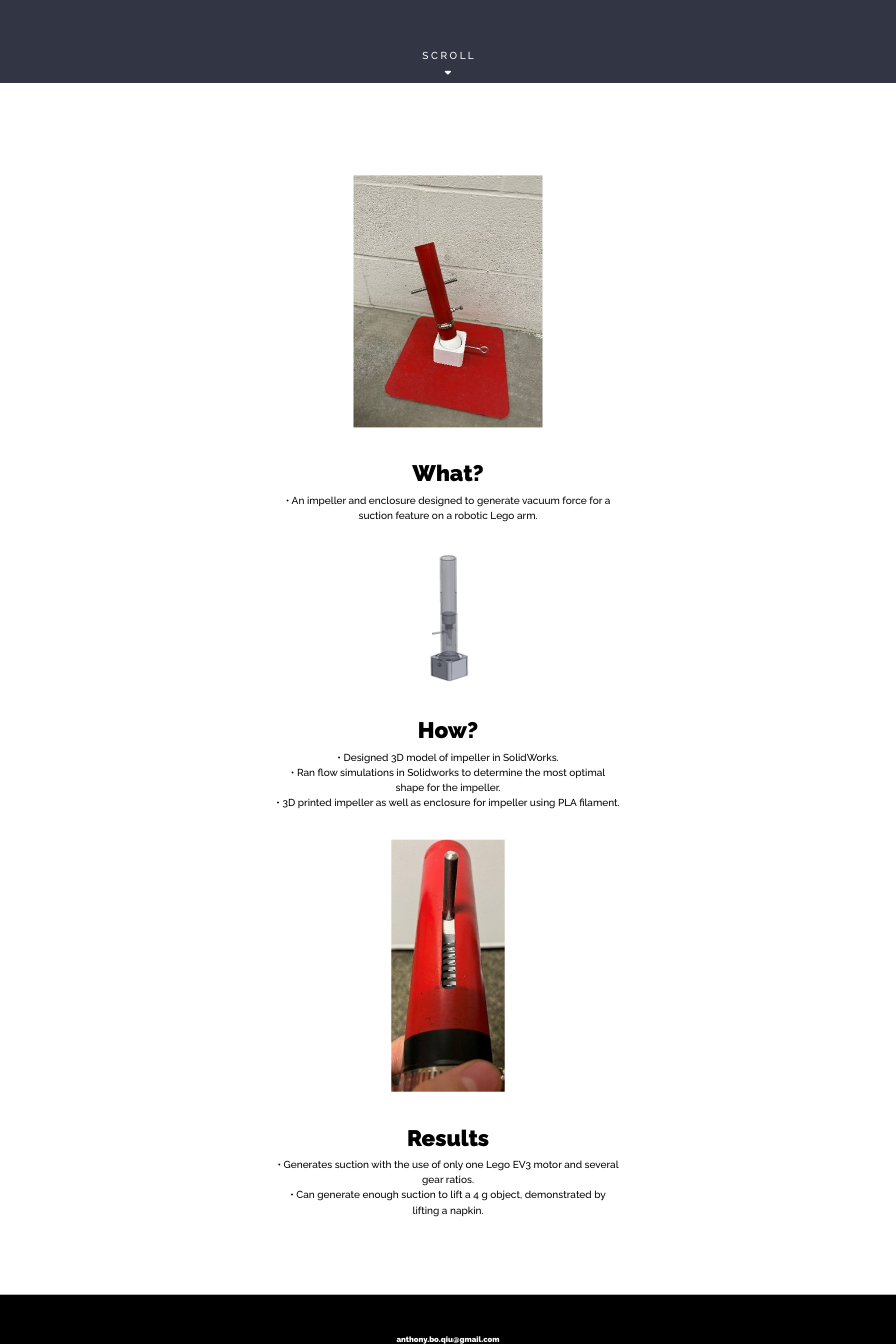
Repository: 7UM1N/anthonyq.github.io
Page: impeller.html
An editor plug-in stored every save of this project. The page is shown before and after the next save, followed by the edit.
The browser window is 1280 px wide. The pictures show the part of the page from y = 602 to 2522 px (the page is 2655 px tall before and 2267 px after), at 70% of full size.
Pictures or frames that could not be fetched are drawn as grey boxes.

Above is the page before, as saved 2023-02-28 12:44:22.

### impeller.html
<!DOCTYPE html>
<html lang="en">
    <head>
        <!-- Google tag (gtag.js) -->
        <script async src="https://www.googletagmanager.com/gtag/js?id=G-XFJFSFPP7C"></script>
        <script>
            window.dataLayer = window.dataLayer || [];
            function gtag(){dataLayer.push(arguments);}
            gtag('js', new Date());
            gtag('config', 'G-XFJFSFPP7C');
        </script>

        <meta charset="UTF-8">
        <meta name="viewport" content="width=device-width, initial-scale=1.0">
        <title>Anthony Qiu</title>
        <link rel="stylesheet" href="https://cdnjs.cloudflare.com/ajax/libs/normalize/8.0.1/normalize.min.css" integrity="sha512-NhSC1YmyruXifcj/KFRWoC561YpHpc5Jtzgvbuzx5VozKpWvQ+4nXhPdFgmx8xqexRcpAglTj9sIBWINXa8x5w==" crossorigin="anonymous" referrerpolicy="no-referrer" />
        <link rel="stylesheet" href="https://cdnjs.cloudflare.com/ajax/libs/font-awesome/6.2.1/css/all.min.css" integrity="sha512-MV7K8+y+gLIBoVD59lQIYicR65iaqukzvf/nwasF0nqhPay5w/9lJmVM2hMDcnK1OnMGCdVK+iQrJ7lzPJQd1w==" crossorigin="anonymous" referrerpolicy="no-referrer" />
        <link rel="stylesheet" href="css/style.css">
        <link rel="preconnect" href="https://fonts.googleapis.com">
        <link rel="preconnect" href="https://fonts.gstatic.com" crossorigin>
        <link href="https://fonts.googleapis.com/css2?family=Raleway:ital,wght@0,100;0,200;0,300;0,400;0,500;0,600;0,700;0,800;0,900;1,100;1,200;1,300;1,400;1,500;1,600;1,700;1,800;1,900&display=swap" rel="stylesheet">
    </head>
    <body>

        <!-- header -->
        <section class="sub-header sub-header-launcho">
            <nav>
                <a class="logo" href="index.html">
                    <strong>ANTHONY</strong> QIU
                </a>
                <div class="nav-links" id="navLinks">
                    <ul>
                        <i class="fa-solid fa-xmark" onclick="hideMenu()"></i>
                        <li><a href="index.html" >HOME</a></li>
                        <li><a href="index.html#projects">PROJECTS</a></li>
                        <li><a href="contact.html">CONTACT</a></li>
                    </ul>
                </div>
                <i class="fa-solid fa-bars" onclick="showMenu()"></i>
            </nav>
            <div class="text-box">
                <h1>IMPELLER</h1>
                <p>
                    impeller for robotic suction arm
                </p>
            </div>
            <div class="scroll">
                <p>S C R O L L<br><i class="fa-solid fa-sort-down"></i></p>
            </div>
        </section>

        <!-- content -->
        <section class="portfolio-item-section">
            <img src="img/launcho/what.jpg">
            <h2>What?</h2>
            <p>
                •	An impeller and enclosure designed to generate vacuum force for a suction feature on a robotic Lego arm.
            </p>

            <img src="img/launcho/how.png">
            <h2>How?</h2>
            <p>
                •	Designed 3D model of impeller in SolidWorks.<br>
                •	Ran flow simulations in Solidworks to determine the most optimal shape for the impeller.<br>
                •	3D printed impeller as well as enclosure for impeller using PLA filament.
            </p>

            <img src="img/launcho/results.jpg">
            <h2>Results</h2>
            <p>
                •	Generates suction with the use of only one Lego EV3 motor and several gear ratios.<br>
                •	Can generate enough suction to lift a 4 g object, demonstrated by lifting a napkin.

            </p>
        </section>

        <!-- footer -->
        <footer class="footer">
            <a href="mailto:anthony.bo.qiu@gmail.com" class="email">anthony.bo.qiu@gmail.com</a>
            <ul class="socials">
                <li class="socials-item">
                    <a class="social-item-link" href="https://www.linkedin.com/in/anthonyboqiu">
                        <i class="fa-brands fa-linkedin"></i>
                    </a>
                </li>
                <li class="socials-item">
                    <a class="social-item-link" href="https://github.com/anthonyqiu">
                        <i class="fa-brands fa-github"></i>
                    </a>
                </li>
            </ul>
            <P class="love">made with <i class="fa-regular fa-heart"></i> by Anthony</p>
        </footer>

        <!-- javascript-->
        <script src="js/index.js"></script>
    </body>
</html>

### css/style.css
/*custom properties*/
:root {
    --ff-primary: 'Raleway', sans-serif;
    --ff-secondary: 'Raleway', sans-serif;

    --fw-reg: 500;
    --fw-bold: 850;

    --clr-light: #fff;
    --clr-dark: #000000;
    --clr-accent: #e281ff;

    --fs-h1: 3rem;
    --fs-h2: 2rem;
    --fs-h3: 1.25rem;
    --fs-h4: 1.05rem;
    --fs-body: 0.9rem;

    --bs: 0.25em 0.25em 0.75em rgba(0, 0, 0, .25), 0.125em 0.125em 0.25em rgba(0, 0, 0, .15);
}

* {
    margin: 0;
    padding: 0;
    font-family: var(--ff-primary);
}

/* typography */
h1,
h2,
h3 {
    line-height: 1.1;
}

h1, h2, h3, h4 {
    font-weight: var(--fw-bold);
}

h1 {font-size: var(--fs-h1)}
h2 {font-size: var(--fs-h2)}
h3 {
    font-size: var(--fs-h3);
    font-weight: 800;
}
h4 {
    font-size: var(--fs-h4);
}

p {
    font-size: var(--fs-body);
    font-weight: var(--fw-reg);
    line-height: 150%;
    padding: 10px;
}

a:link {
    text-decoration: none;
}

a:visited {
    text-decoration: none;
}

a:hover {
    text-decoration: none;
}

a:active {
    text-decoration: none;
}

strong {font-weight: var(--fw-bold);}

/*header*/
header {
    min-height: 100vh;
    width: 100%;
    background-image: linear-gradient(rgba(4, 9, 30, 0.85), rgba(4, 9, 30, 0.85)), url(../img/blueprint.jpeg);
    background-position: center;
    background-size: cover;
    position: relative;
}

header img {
    max-width: 20vh;
    border-radius: 7%;
}

nav {
    display: flex;
    padding: 2% 6%;
    justify-content: space-between;
    align-items: center;
}

.logo {
    color: var(--clr-light);
    text-decoration: none;
    font-size: var(--fs-h2);
}

.nav-links {
    flex: 1;
    text-align: right;
}

.nav-links ul li {
    list-style: none;
    display: inline-block;
    padding: 8px 12px;
    position: relative;
}

.nav-links ul li a {
    color: var(--clr-light);
    text-decoration: none;
    font-size: var(--fs-body);
}

.nav-links ul li::after {
    content: '';
    width: 0%;
    height: 2px;
    background: var(--clr-light);
    display: block;
    margin: auto;
    transition: 0.5s;
}

.nav-links ul li:hover::after {
    width: 100%;
}

.text-box {
    width: 50%;
    color: var(--clr-light);
    position: absolute;
    top: 50%;
    left: 50%;
    transform: translate(-50%, -50%);
    text-align: center;
}

.text-box p {
    margin: 10px 0 40px;
    color: var(--clr-light);
}

.hero-btn {
    color: var(--clr-light);
    border: 1px solid var(--clr-light);
    display: inline-block;
    text-decoration: none;
    padding: 12px 34px;
    font-size: var(--fs-body);
    background: transparent;
    position: relative;
    cursor: pointer;
    margin-top: 20px;;
}

.hero-btn:hover {
    background: var(--clr-light);
    color: var(--clr-dark);
    transition: 1s;
}

.inverse-btn {
    color: var(--clr-dark);
    border: 1px solid var(--clr-dark);
}

.inverse-btn:hover {
    color: var(--clr-light);
    background: var(--clr-dark);
}

nav .fa-solid {
    display: none;
}

.scroll {
    color: var(--clr-light);
    text-align: center;
    position: absolute;
    top: 96%;
    left: 50%;
    transform: translate(-50%, -50%);
}

/*projects*/

.projects {
    width: 80%;
    margin: auto;
    text-align: center;
    padding-top: 100px;
    padding-bottom: 100px;
}

.projects p {
    color: var(--clr-dark);
}

.projects img {
    width: 12rem;
    height: 18rem;
    border-radius: 10px;
}

.portfolio {
    display: flex;
    flex-wrap: wrap;
    gap: 1.5rem;

    margin: auto;
    align-items: center;
    justify-content: center;
    margin-top: 3rem;
}

.portfolio-item {
    background-position: center;
    background-size: cover;
    position: relative;

    color: var(--clr-light);
    width: 350px;
    height: 500px;
    flex-shrink: 0;
    border-radius: 10px;
    box-sizing: border-box;
    transition: 0.5s;

    display: flex;
    justify-content: center;
    align-items: center;
    flex-direction: column;
}

.portfolio-item h3 {
    color: var(--clr-light);
    width: 150px;
    height: 150px;
    border-style: solid;
    border-width: 0.3rem;
    border-color: var(--clr-light);
    border-radius: 50%;

    position: relative;
    display: flex;
    justify-content: center;
    align-items: center;
    margin: auto;
}

.portfolio-item p {
    color: var(--clr-light);

    display: flex;
    justify-content: center;
    align-items: center;
    margin: auto;
    opacity: 0%;
    transition: 1s;
}

.nerfv2 {
    background-image: linear-gradient(rgba(4, 9, 30, 0.5), rgba(4, 9, 30, 0.5)), url(../img/coming-soon.webp);
}

.launcho {
    background-image: linear-gradient(rgba(4, 9, 30, 0.5), rgba(4, 9, 30, 0.5)), url(../img/launcho/launcho-card.jpg);
}

.codebreaker {
    background-image: linear-gradient(rgba(4, 9, 30, 0.5), rgba(4, 9, 30, 0.5)), url(../img/codebreaker/codebreaker-card.jpg);
}

.saitama {
    background-image: linear-gradient(rgba(4, 9, 30, 0.5), rgba(4, 9, 30, 0.5)), url(../img/saitama/saitama-banner.webp);
}

.this-website {
    background-image: linear-gradient(rgba(4, 9, 30, 0.5), rgba(4, 9, 30, 0.5)), url(../img/this-website/this-website-card.jpeg);
}

.portfolio-item h3 {
    vertical-align: middle;
}

.portfolio-item:hover {
    box-shadow: 0 0 20px 0px rgba(0, 0, 0, 0.80);
    filter: brightness(90%);
}

.portfolio-item:hover p {
    opacity: 100%;
}

.portfolio-item-text {
    position: absolute;
    top: 0;
}

/* footer */
.footer {
    background: var(--clr-dark);
    color: var(--clr-light);
    text-align: center;
    padding: 2.5em 0;
    font-size: var(--fs-h3);
    font-family: var(--ff-secondary);
}

.footer a {
    color: inherit;
    text-decoration: none;
}

.email {
    font-weight: var(--fw-bold);
    font-size: 11px;
}

.email:hover,
.social-item-link:hover {
    transform: scale(2);
    opacity: .5;
}

.email,
.social-item-link {
    transition:
        transform 750ms cubic-bezier(.5, 0, .5, 1),
        opacity 250ms linear;
}

.socials {
    list-style: none;
    display: flex;
    justify-content: center;
    margin: 0.25em 0 0;
    padding: 0;
}

.socials-item {
    margin: - .5em;
}

.socials-item {
    padding: .5em;
}

.love {
    font-size: 9px;
}

.fa-heart {
    color: var(--clr-accent);
}

/* sub header */
.sub-header {
    height: 100vh;
    width: 100%;
    background-image: linear-gradient(rgba(4, 9, 30, 0.7), rgba(4, 9, 30, 0.7)), url(../img/launcho/launcho-card.jpg);
    background-position: center;
    background-size: cover;
    text-align: center;
    margin: auto;
    position: relative;
}
.sub-header-contact {background-image: linear-gradient(rgba(4, 9, 30, 0.85), rgba(4, 9, 30, 0.85)), url(../img/blueprint.jpeg);}
.sub-header-nerfv2 {background-image: linear-gradient(rgba(4, 9, 30, 0.7), rgba(4, 9, 30, 0.7)), url(../img/coming-soon.webp);}
.sub-header-launcho {background-image: linear-gradient(rgba(4, 9, 30, 0.7), rgba(4, 9, 30, 0.7)), url(../img/launcho/launcho-card.jpg);}
.sub-header-codebreaker {background-image: linear-gradient(rgba(4, 9, 30, 0.7), rgba(4, 9, 30, 0.7)), url(../img/codebreaker/codebreaker-banner.jpg);}
.sub-header-saitama {background-image: linear-gradient(rgba(4, 9, 30, 0.7), rgba(4, 9, 30, 0.7)), url(../img/saitama/saitama-banner.webp);}
.sub-header-this-website {background-image: linear-gradient(rgba(4, 9, 30, 0.7), rgba(4, 9, 30, 0.7)), url(../img/this-website/this-website-card.jpeg);}

.sub-header .text-box {
    border-style: solid;
    border-width: 0.25rem;
    border-color: var(--clr-light);
}

.portfolio-item-section {
    text-align: center;
    padding-top: 100px;
    padding-bottom: 100px;
    width: 40%;

    position: relative;
    display: flex;
    justify-content: center;
    align-items: center;
    margin: auto;
    flex-direction: column;
}

.portfolio-item-section p {
    color: var(--clr-dark);
}

.portfolio-item-section img {
    max-width: 90%;
    max-height: 50vh;
    padding: 2rem;
}

.portfolio-item-section h2,
.portfolio-item-section h3 {
    margin-top: 1rem;
}

.contact {
    padding: 50px;
    width: 40%;
    margin: auto;
    text-align: center;
}

.contact input,
.contact textarea {
    width: 100%;
    padding: 15px;
    margin-bottom: 17px;
    outline: none;
    border: 1px solid var(--clr-dark);
    box-sizing: border-box;
}

/*smaller screens*/
@media(max-width: 800px) {
    .nav-links ul li {
        display: block;
    }

    .nav-links {
        position: fixed;
        background: var(--clr-dark);
        height: 100vh;
        width: 200px;
        top: 0;
        right: -200px;
        text-align: left;
        z-index: 2;
        transition: 1s;
    }

    nav .fa-solid {
        display: block;
        color: var(--clr-light);
        margin: 10px;
        font-size: var(--fs-h3);
        cursor: pointer;
    }

    .text-box {
        width: 90%;
    }

    header img {
        max-width: 10vh;
        border-radius: 3%;
    }

    .portfolio-item-section {
        width: 90%;
    }

    .contact {
        width: 70%;
    }
}

### js/index.js
//toggle menu
var navLinks = document.getElementById("navLinks");

function showMenu(){
    navLinks.style.right = "0";
}

function hideMenu(){
    navLinks.style.right = "-200px";
}

After the next save:
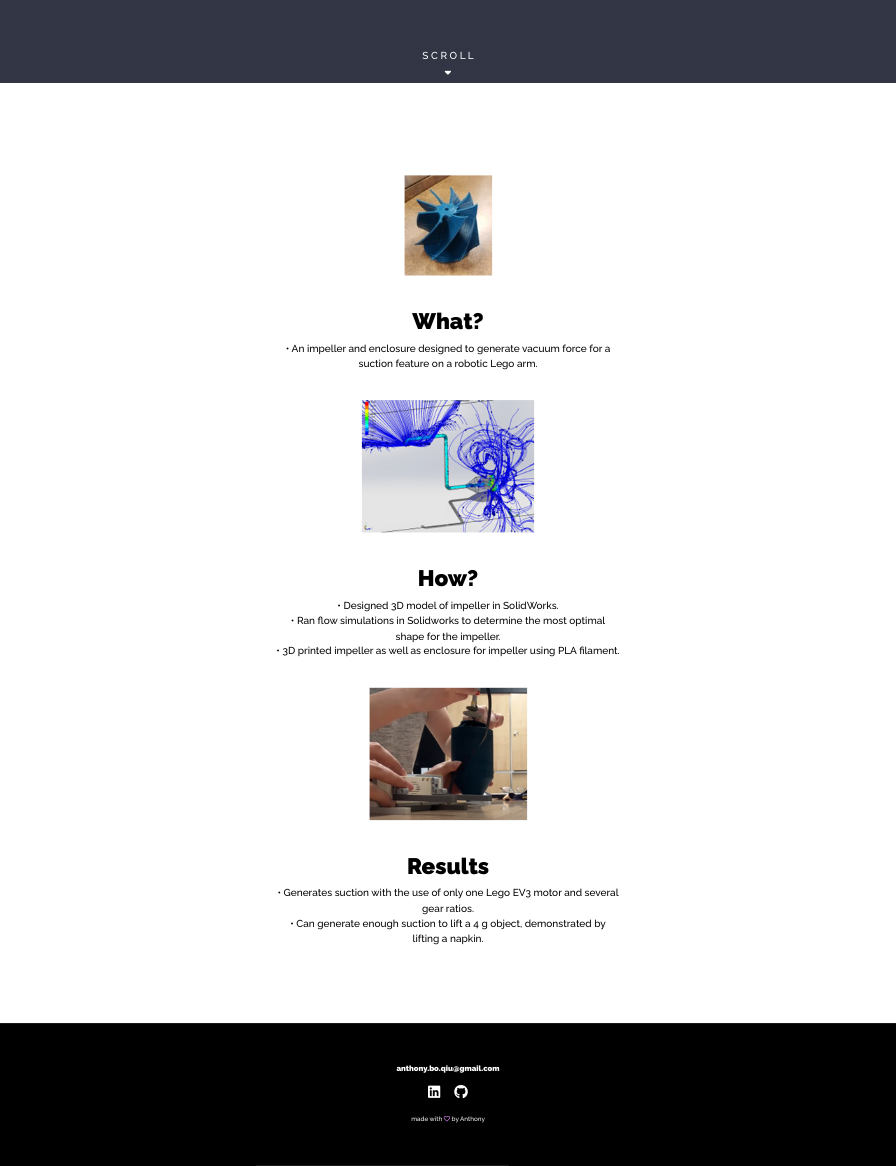
Saved 37 s later.
--- a/impeller.html
+++ b/impeller.html
@@ -51,13 +51,13 @@
 
         <!-- content -->
         <section class="portfolio-item-section">
-            <img src="img/launcho/what.jpg">
+            <img src="img/impeller/impeller-what.jpg">
             <h2>What?</h2>
             <p>
                 •	An impeller and enclosure designed to generate vacuum force for a suction feature on a robotic Lego arm.
             </p>
 
-            <img src="img/launcho/how.png">
+            <img src="img/impeller/impeller-how.png">
             <h2>How?</h2>
             <p>
                 •	Designed 3D model of impeller in SolidWorks.<br>
@@ -65,12 +65,11 @@
                 •	3D printed impeller as well as enclosure for impeller using PLA filament.
             </p>
 
-            <img src="img/launcho/results.jpg">
+            <img src="img/impeller/impeller-results.png">
             <h2>Results</h2>
             <p>
                 •	Generates suction with the use of only one Lego EV3 motor and several gear ratios.<br>
                 •	Can generate enough suction to lift a 4 g object, demonstrated by lifting a napkin.
-
             </p>
         </section>
 
